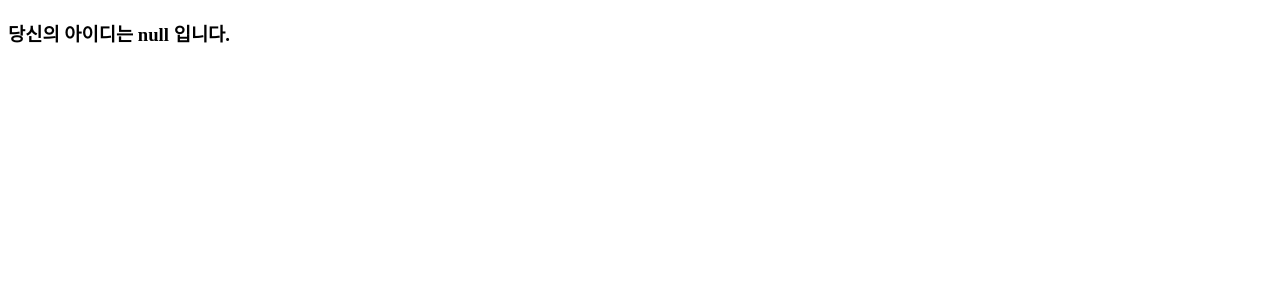
Repository: kkw3202/Jsp2026
Page: http://localhost/chapter01/Request/RequestLoginProc.jsp
These files come from the project's save history. The page is drawn as it stood at one moment and after the next save; the edit follows.
The browser window is 1280 px wide. The pictures show the whole page.
The page is served by Tomcat 9.

Above is the page before, as saved 2026-10-19 06:09:51.

After the next save:
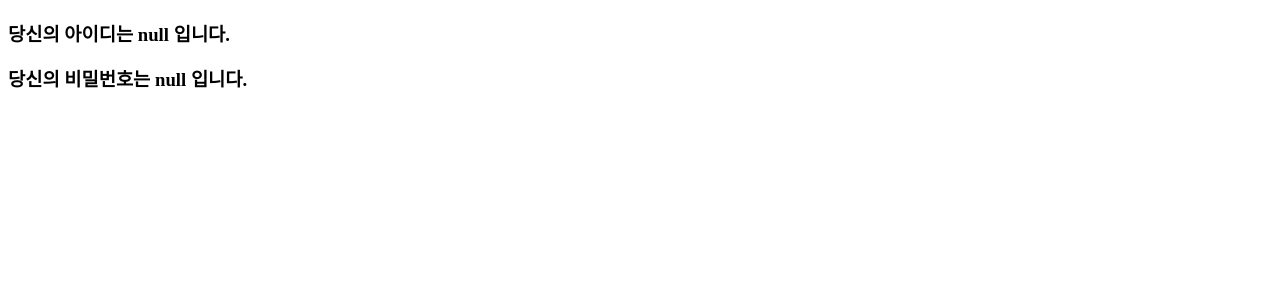
Saved 15 s later.
--- a/chapter01/src/main/webapp/Request/RequestLoginProc.jsp
+++ b/chapter01/src/main/webapp/Request/RequestLoginProc.jsp
@@ -20,5 +20,6 @@
 	 	String pass = request.getParameter("pass");
 	 %>
 	 <h3>당신의 아이디는 <%= id %> 입니다.</h3>
+	 <h3>당신의 비밀번호는 <%= pass %> 입니다.</h3>
 </body>
 </html>
